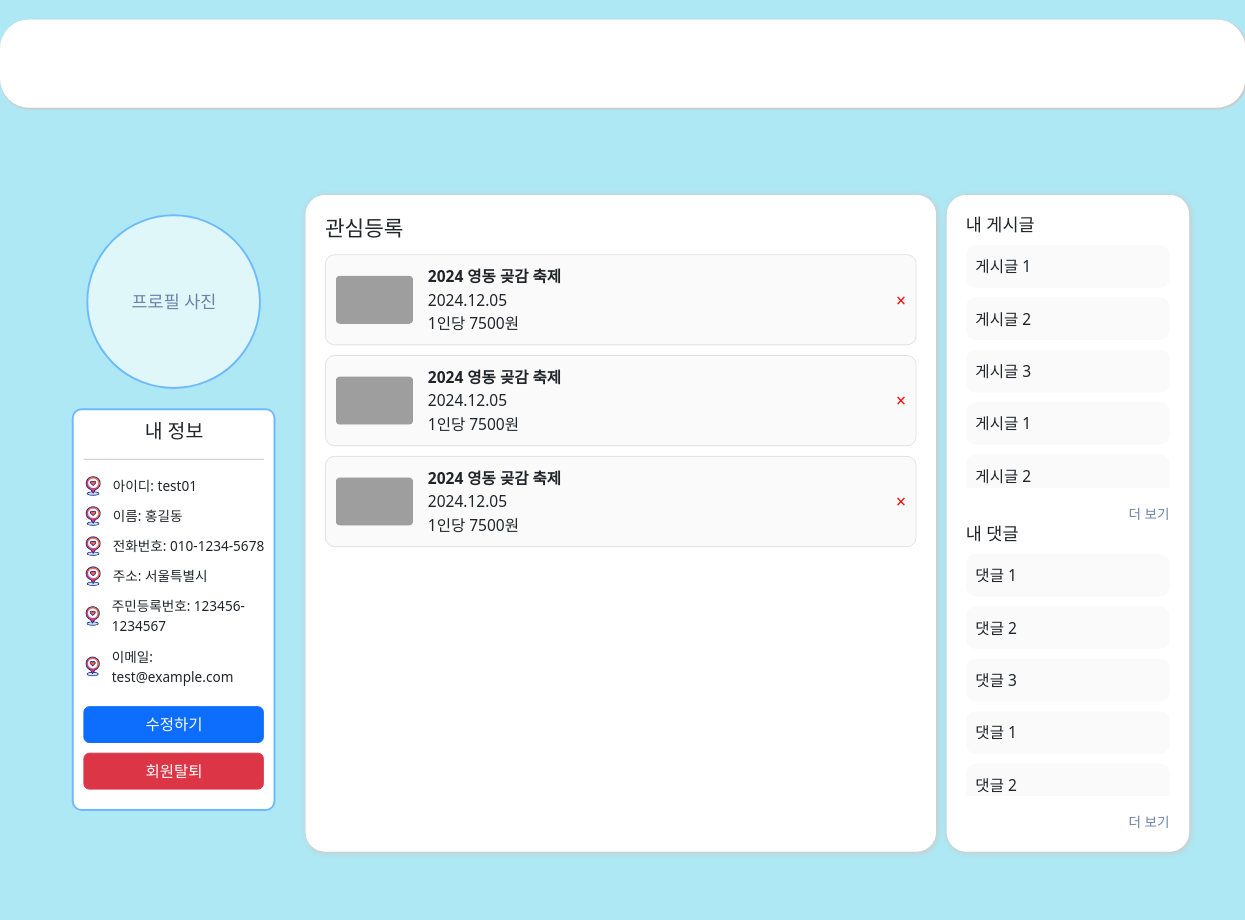
Repository: KimMJ0964/jsp
Page: http://localhost/Trafi/views/mypage/myPageMain.jsp
These files come from the project's save history. The page is drawn as it stood at one moment and after the next save; the edit follows.
The browser window is 1280 px wide. The page is 1284 px wide, so the pictures cover 1284 px, including what lies to the right of the window. The pictures show the whole page, at 97% of full size.
Pictures or frames that could not be fetched are drawn as grey boxes. The page is served by Tomcat 9.

Above is the page before, as saved 2024-09-19 08:17:09.

After the next save:
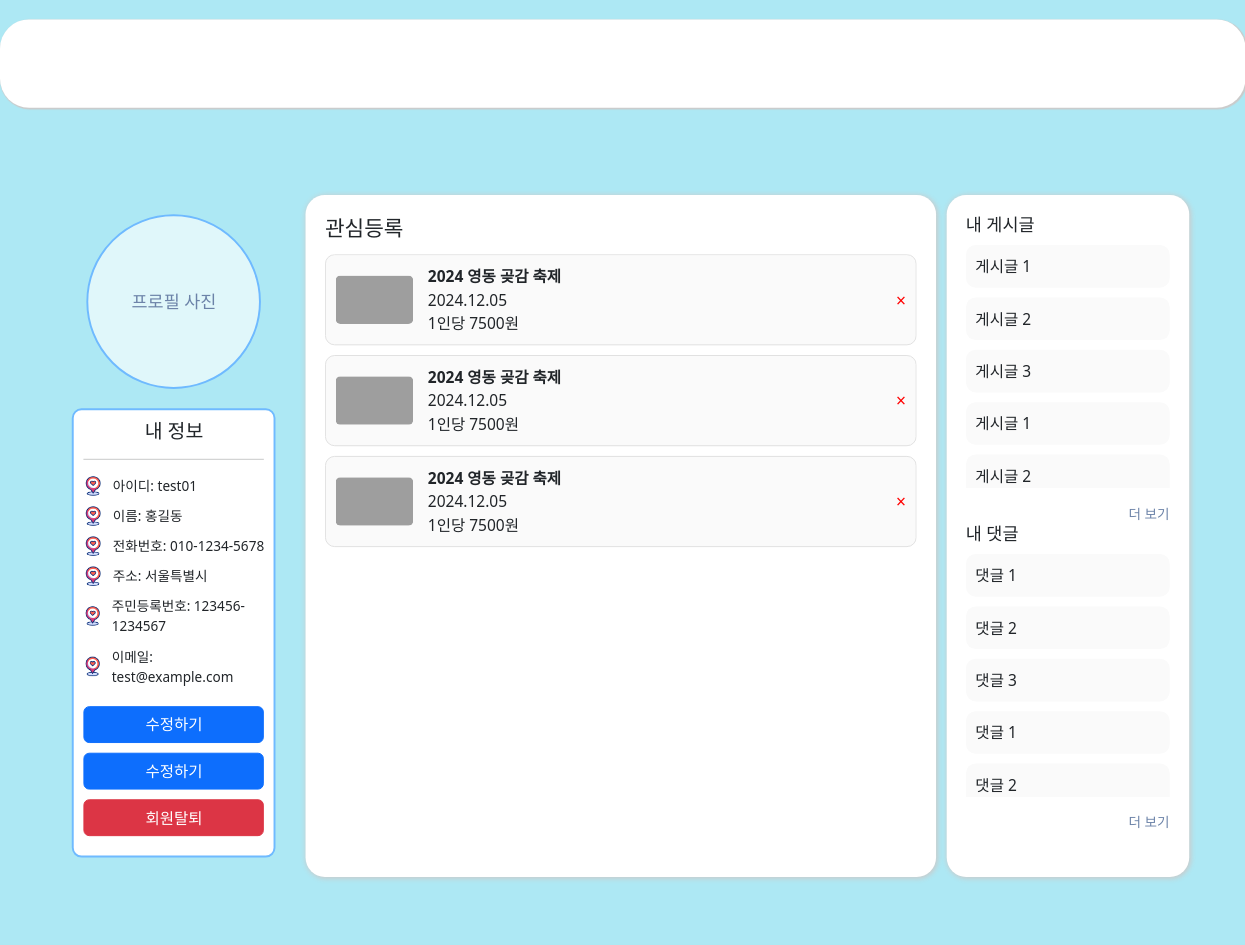
Saved 2 min 27 s later.
--- a/Trafi/src/main/webapp/views/mypage/myPageMain.jsp
+++ b/Trafi/src/main/webapp/views/mypage/myPageMain.jsp
@@ -248,6 +248,9 @@
                     </ul>
                     <div class="profile-buttons">
                         <button class="btn btn-primary" id="edit-profile-btn">수정하기</button>
+                        <button type="button" class="btn btn-primary" data-bs-toggle="modal" data-bs-target="#myModal">
+							수정하기
+						</button>
                         <button class="btn btn-danger" id="delete-account-btn">회원탈퇴</button>
                     </div>
                 </div>

After the save that followed:
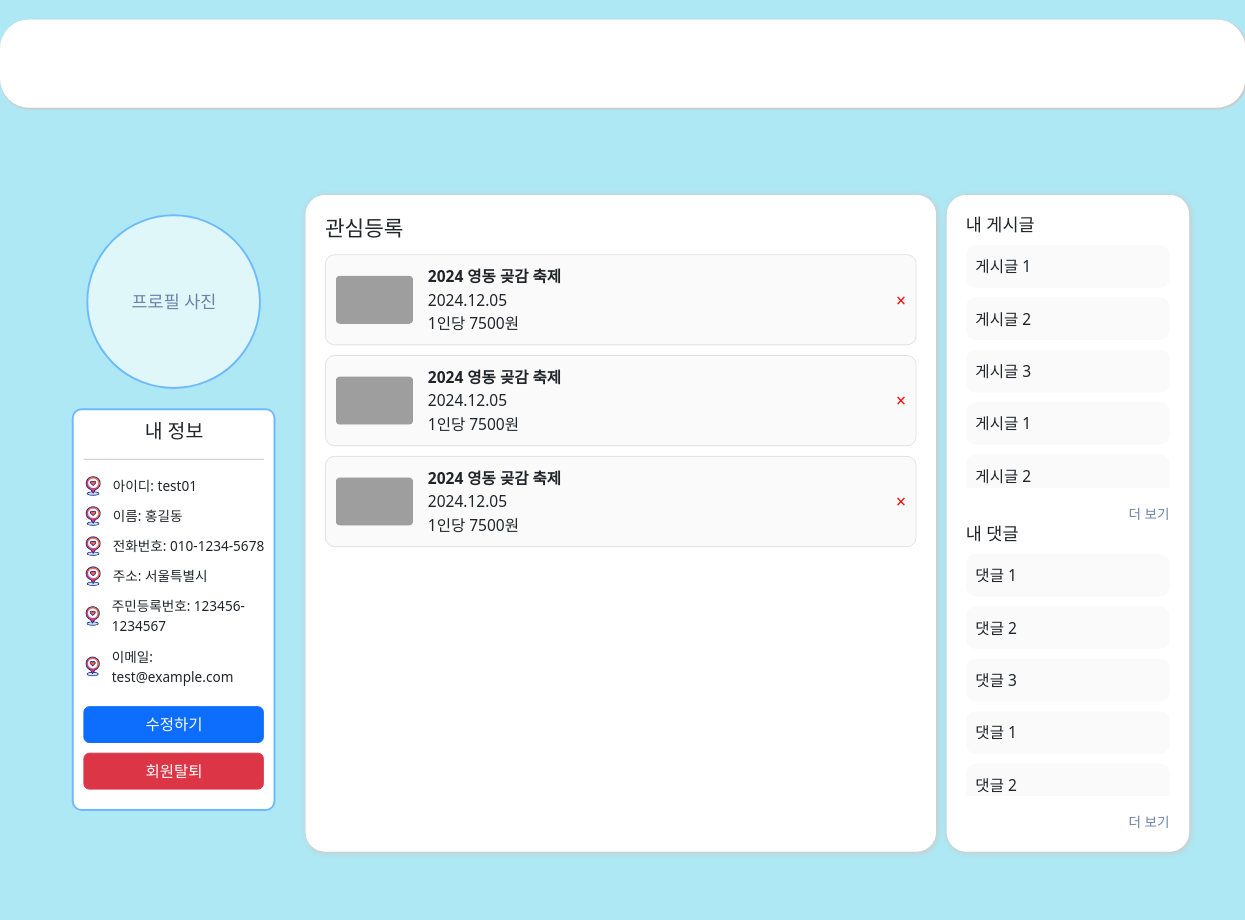
Console error: TypeError: Cannot set properties of null (setting 'onclick')
Saved 9 s later.
--- a/Trafi/src/main/webapp/views/mypage/myPageMain.jsp
+++ b/Trafi/src/main/webapp/views/mypage/myPageMain.jsp
@@ -247,7 +247,6 @@
                         <li><img src="./img/profile-icon.png" alt="icon">이메일: test@example.com</li>
                     </ul>
                     <div class="profile-buttons">
-                        <button class="btn btn-primary" id="edit-profile-btn">수정하기</button>
                         <button type="button" class="btn btn-primary" data-bs-toggle="modal" data-bs-target="#myModal">
 							수정하기
 						</button>
